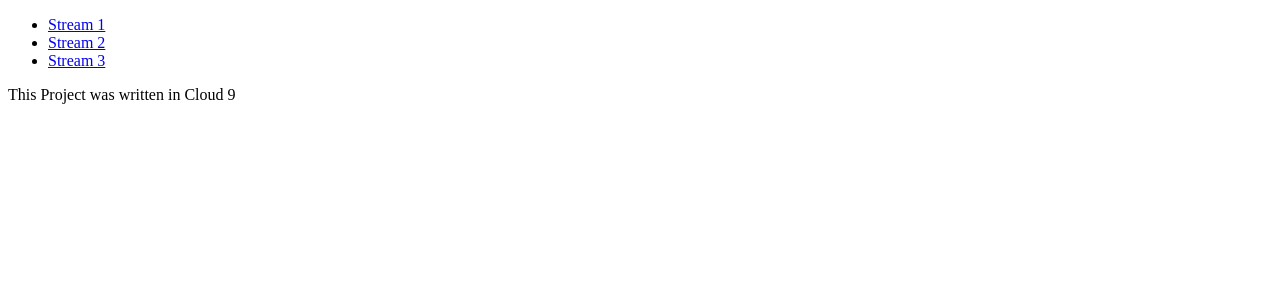
Repository: Scuzeme/My-First-Website
Page: stream1.html
The author's editor kept a record of every edit. The page is drawn from the files as they stood at one moment, then again after the next edit.
The browser window is 1280 px wide. The pictures show the whole page.

Above is the page before.

### stream1.html
<!DOCTYPE html>
<html>
    <head>
        <title>Hello World</title>
    </head>
    <body>

        <nav>
            <ul>
            <li><a href="stream1.html">Stream 1</a></li>
            <li><a href="stream2.html">Stream 2</a></li>
            <li><a href="stream3.html">Stream 3</a></li>
            </ul>
        </nav>
        <p>This Project was written in Cloud 9</p>
    </body>
</html>

After the next edit:
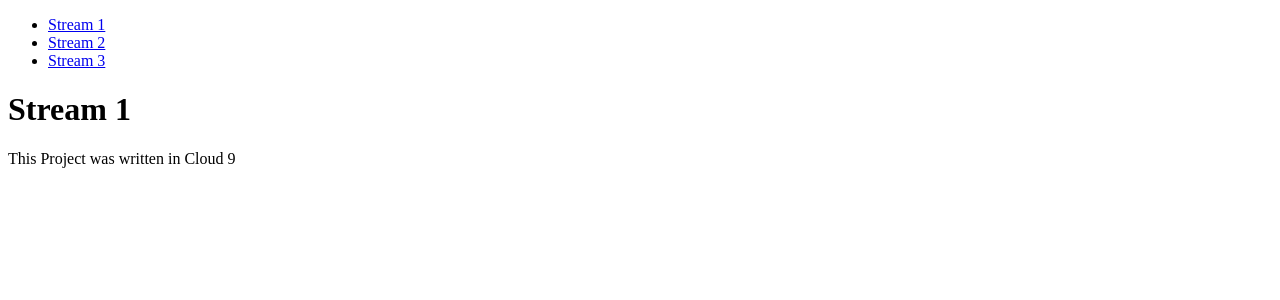
The edit:
--- a/stream1.html
+++ b/stream1.html
@@ -12,6 +12,7 @@
             <li><a href="stream3.html">Stream 3</a></li>
             </ul>
         </nav>
+           <h1>Stream 1</h1>
         <p>This Project was written in Cloud 9</p>
     </body>
 </html>
